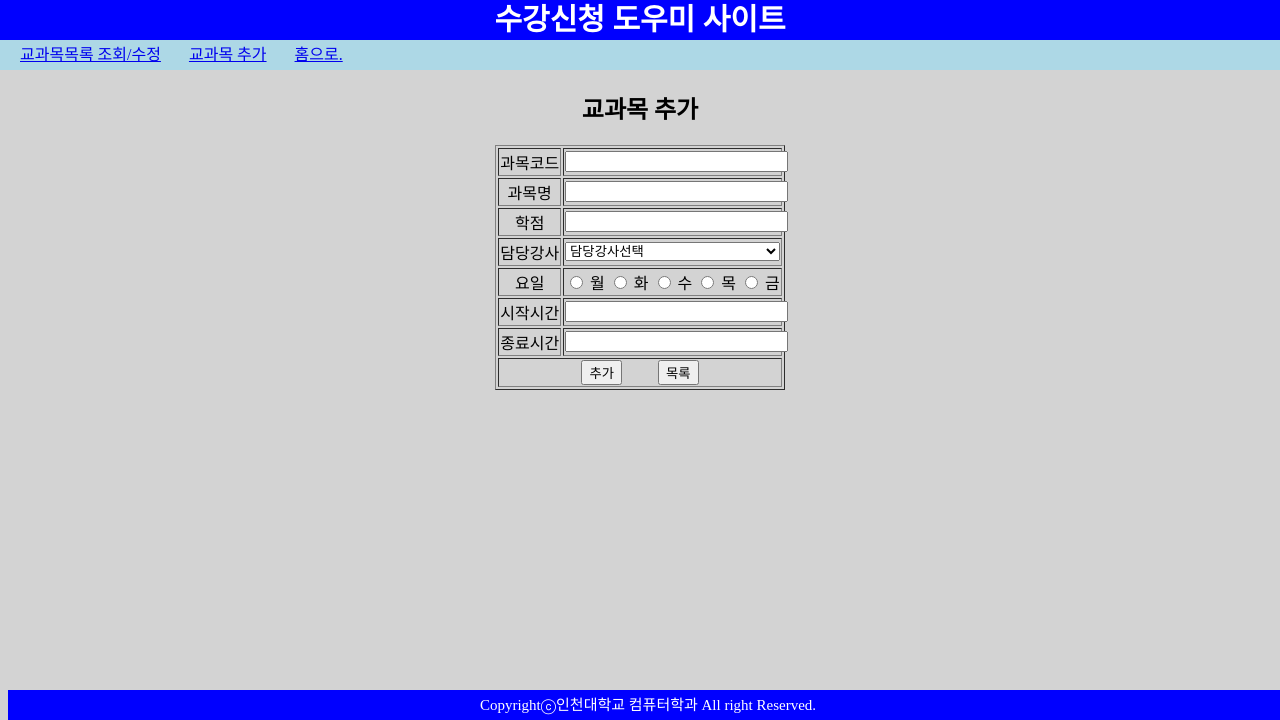
Repository: leesuyeon116/HRD_2
Page: http://localhost/HRD_0419/insert.jsp
The author's editor kept a copy of each file at every save. The page is drawn from the files as they stood at one save, then again after the next save.
The browser window is 1280 px wide. The pictures show the whole page.
The page is served by Tomcat 9.

Above is the page before, as saved 2024-04-19 06:27:23.

After the next save:
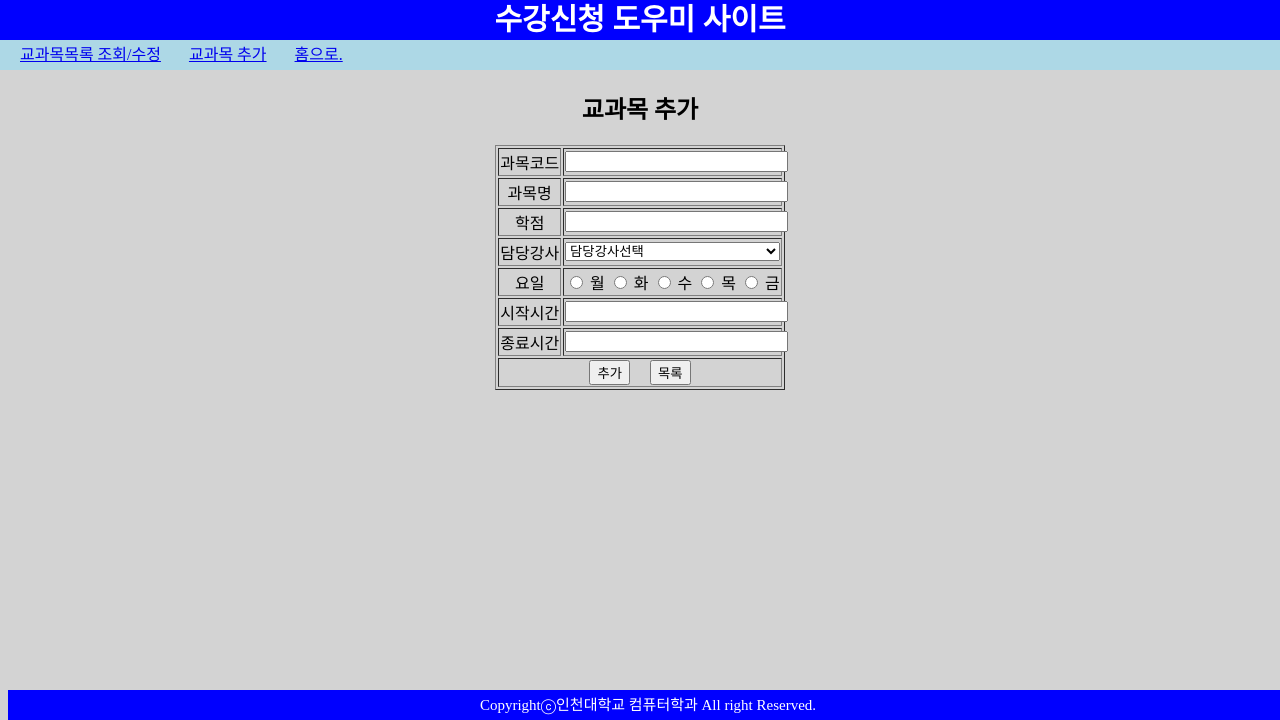
Saved 16 s later.
--- a/HRD_0419/src/main/webapp/insert.jsp
+++ b/HRD_0419/src/main/webapp/insert.jsp
@@ -12,6 +12,7 @@
     <section style="position: fixed; top: 70px; left: 0px; width: 100%; height: 100%; background-color: lightgray">
     	<h2 style="text-align: center;"><b>교과목 추가</b></h2>
 		<form method="post" action="action.jsp" name="frm" style="display: flex; align-items: center; justify-content: center">
+		<input type="hidden" name="mode" value="insert">
 			<table border="1" style="text-align: center;">
 				<tr>
 					<td>과목코드</td>
@@ -65,7 +66,7 @@
 				</tr>
 				<tr>
 					<td colspan="2">
-						<input type="button" value="추가" onclick="addCheck()"> &nbsp; &nbsp; &nbsp; &nbsp;
+						<input type="button" value="추가" onclick="addCheck()"> &nbsp; &nbsp;
 						<input type="button" value="목록" onclick="search()">
 					</td>
 				</tr>
